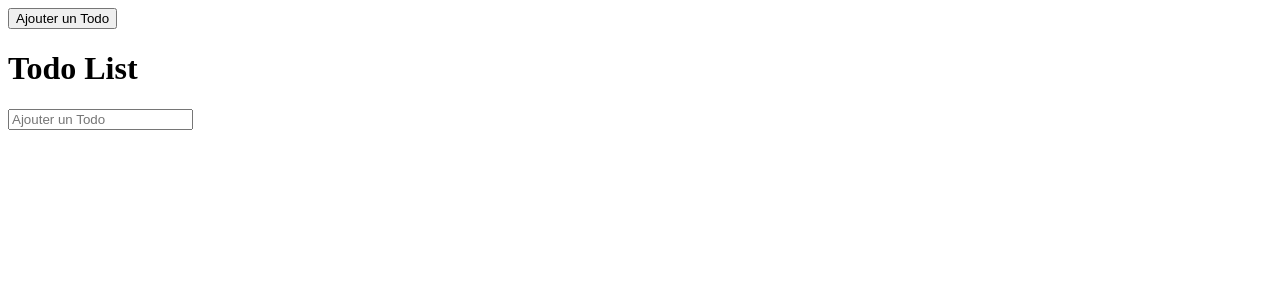
Repository: Aqui05/todo-vue
Page: /
The author's editor kept a copy of each file at every save. The page is drawn from the files as they stood at one save, then again after the next save.
The browser window is 1280 px wide. The pictures show the whole page.
The project was rebuilt for these pictures with package versions that can differ from the ones it lists, and the page was loaded fresh each time. Also part of the build but not shown: vue.config.js.

Above is the page before, as saved 2024-10-31 17:57:07.

### src/App.vue
<template>
  <button class="button" @click="addTodo">Ajouter un Todo</button>
  <div>
    <h1>Todo List</h1>
    <input v-model="newTodoText" placeholder="Ajouter un Todo" />
    <ul>
      <li v-for="todo in todos" :key="todo.id">{{ todo.text }}</li>
    </ul>
  </div>
</template>

<script setup>
import { ref } from "vue";

const todos = ref([]);

const addTodo = () => {
  const newTodoText = prompt("Nouveau Todo:");
  if (newTodoText) {
    todos.value.push({ id: Date.now(), text: newTodoText });
  }
};
</script>

Loaded but not shown: public/index.html (common file); src/main.js (common file)

After the next save:
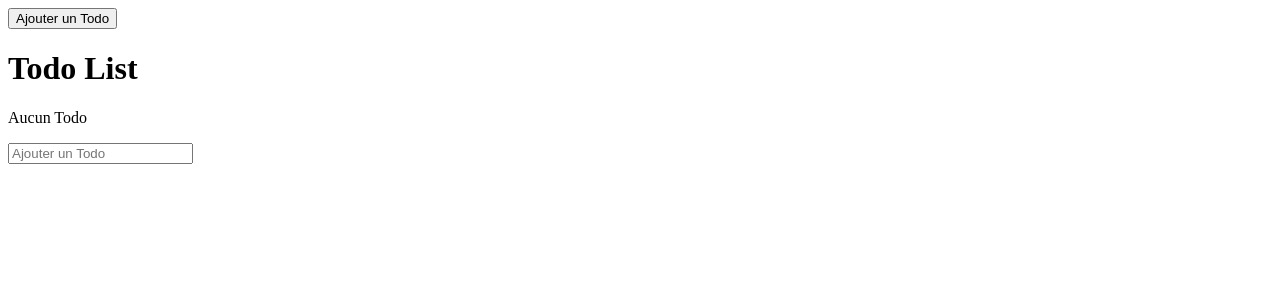
Saved 87 s later.
--- a/src/App.vue
+++ b/src/App.vue
@@ -2,6 +2,7 @@
   <button class="button" @click="addTodo">Ajouter un Todo</button>
   <div>
     <h1>Todo List</h1>
+    <p v-if="todos.length === 0">Aucun Todo</p>
     <input v-model="newTodoText" placeholder="Ajouter un Todo" />
     <ul>
       <li v-for="todo in todos" :key="todo.id">{{ todo.text }}</li>
